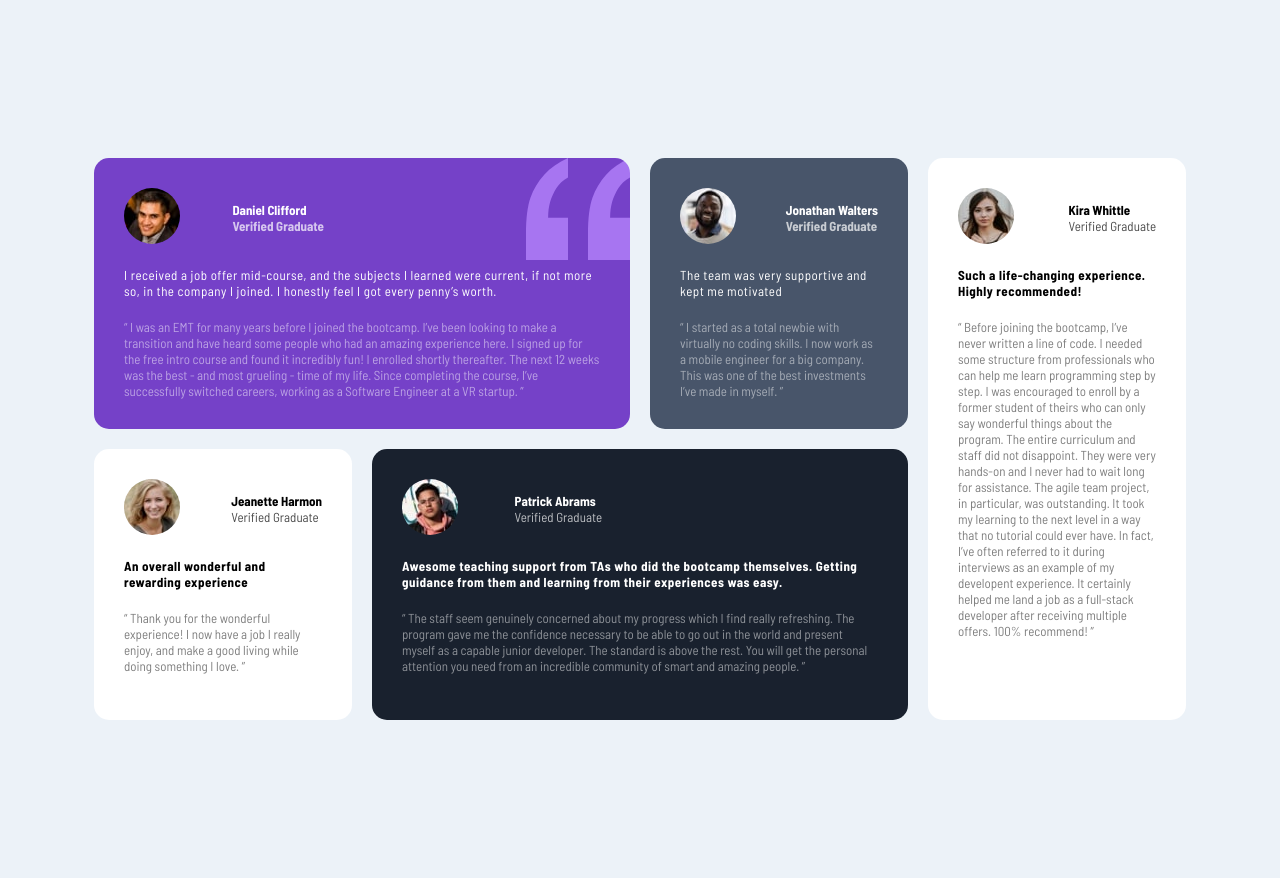
Repository: Toqa-25/testimonials
Page: index.html
These files come from the project's save history. The page is drawn as it stood at one moment and after a run of saves; the edit follows.
The browser window is 1280 px wide. The pictures show the whole page.

Above is the page before, as saved 2021-11-04 13:30:22.

### index.html
<!DOCTYPE html>
<html lang="en">
<head>
    <meta charset="UTF-8">
    <meta http-equiv="X-UA-Compatible" content="IE=edge">
    <meta name="viewport" content="width=device-width, initial-scale=1.0">
    <!-- css files -->
    <link rel="stylesheet" href="css/style.css">
    <link rel="stylesheet" href="css//vendors/all.min.css">
    <!-- fonts style -->
    <link rel="preconnect" href="https://fonts.googleapis.com">
<link rel="preconnect" href="https://fonts.gstatic.com" crossorigin>
<link href="https://fonts.googleapis.com/css2?family=Barlow+Semi+Condensed:wght@100;200;300;400;500;600;700;800;900&family=Montserrat:wght@100;200;300;400;500;600;700;800;900&family=PT+Sans:ital,wght@0,400;0,700;1,700&family=Roboto:wght@100;300;400;500;700;900&display=swap" rel="stylesheet">
    <title>tistimonials design</title>
</head>
<body>
    <div class="container">
        <div class="testi-content">
            <article class="grid-item Daniel">
                <header class="grid-item-name">
                    <div class="item-img">
                        <img src="images/image-daniel.jpg" alt="">
                    </div>
                    <div class="item-name">
                        <h4 class="name">Daniel Clifford</h4>
                        <h4 class="name-info">Verified Graduate</h4>
                    </div>
                </header>
                <div class="art-body">
                    <p class="bold-text"> I received a job offer mid-course, and the subjects I learned were current, if not more so, in the company I joined. I honestly feel I got every penny’s worth.</p>
                    <p class="lite-text">“ I was an EMT for many years before I joined the bootcamp. I’ve been looking to make a
                        transition and have heard some people who had an amazing experience here. I signed up
                        for the free intro course and found it incredibly fun! I enrolled shortly thereafter.
                        The next 12 weeks was the best - and most grueling - time of my life. Since completing
                        the course, I’ve successfully switched careers, working as a Software Engineer at a VR startup. ” </p>
                </div>
            </article>
            <article class="grid-item Jonathan">
                <header class="grid-item-name">
                    <div class="item-img">
                        <img src="images/image-jonathan.jpg" alt="">
                    </div>
                    <div class="item-name">
                        <h4 class="name">Jonathan Walters</h4>
                        <h4 class="name-info">Verified Graduate</h4>
                    </div>
                </header>
                <div class="art-body">
                    <p class="bold-text">The team was very supportive and kept me motivated</p>
                    <p class="lite-text">“ I started as a total newbie with virtually no coding skills. I now work as a mobile engineer
                     for a big company. This was one of the best investments I’ve made in myself. ”
                    </p>
                </div>
            </article>
            <article class="grid-item  Jeanette ">
                <header class="grid-item-name">
                    <div class="item-img">
                        <img src="images/image-jeanette.jpg" alt="">
                    </div>
                    <div class="item-name">
                        <p class="name">  Jeanette Harmon</p>
                        <p class="name-info">Verified Graduate</p>
                    </div>
                </header>
                <div class="art-body">
                    <h4 class="bold-text"> An overall wonderful and rewarding experience</h4>
                    <p class="lite-text">“ Thank you for the wonderful experience! I now have a job I really enjoy, and make a good living
                     while doing something I love. ”</p>
                </div>
            </article>
            <article class="grid-item Patrick">
                <header class="grid-item-name">
                    <div class="item-img">
                        <img src="images/image-patrick.jpg" alt="">
                    </div>
                    <div class="item-name">
                        <p class="name">Patrick Abrams</p>
                        <p class="name-info"> Verified Graduate</p>
                    </div>
                </header>
                <div class="art-body">
                    <h4 class="bold-text"> Awesome teaching support from TAs who did the bootcamp themselves. Getting guidance from them and learning from their experiences was easy.</h4>
                    <p class="lite-text">“ The staff seem genuinely concerned about my progress which I find really refreshing. The program
                        gave me the confidence necessary to be able to go out in the world and present myself as a capable
                        junior developer. The standard is above the rest. You will get the personal attention you need from
                        an incredible community of smart and amazing people. ”
                    </p>
                </div>
            </article>
            <article class="grid-item Kira ">
                <header class="grid-item-name">
                    <div class="item-img">
                        <img src="images/image-kira.jpg" alt="" srcset="">
                    </div>
                    <div class="item-name">
                        <p class="name">Kira Whittle</p>
                        <p class="name-info ">Verified Graduate</p>
                    </div>
                </header>
                <div class="art-body">
                    <h4 class="bold-text"> Such a life-changing experience. Highly recommended!</h4>
                    <p class="lite-text"> “ Before joining the bootcamp, I’ve never written a line of code. I needed some structure from
                    professionals who can help me learn programming step by step. I was encouraged to enroll by a former
                    student of theirs who can only say wonderful things about the program. The entire curriculum and staff
                    did not disappoint. They were very hands-on and I never had to wait long for assistance. The agile team
                    project, in particular, was outstanding. It took my learning to the next level in a way that no tutorial
                    could ever have. In fact, I’ve often referred to it during interviews as an example of my developent
                    experience. It certainly helped me land a job as a full-stack developer after receiving multiple offers.
  100% recommend! ”</p>
                </div>
            </article>

        </div>
    </div>
</body>
</html>

### css/style.css
/*
     public style
  **********************
*/
body{
    Font-size: 13px;
    font-family: 'Barlow Semi Condensed', sans-serif;
   /* font-family: 'Montserrat', sans-serif;
    font-family: 'PT Sans', sans-serif;
    font-family: 'Roboto', sans-serif; */
    /* font-family: 'Barlow Semi' Condensed; */
    background-color: hsl(210, 46%, 95%);
}
*{
    padding:0;
    margin:0;
    box-sizing: border-box;
}
/*
content  style
**********************
*/
.container{
    width: 90%;
    margin: auto;
    padding: 10% 0;
}
.testi-content{
    display: grid;
    grid-template-columns: repeat(8 , 1fr);
    grid-template-rows: repeat(2 , 1fr);
    grid-gap: 20px;
     padding: 30px;
}
.lite-text{
    opacity:.5;
}
.name-info{
    opacity:.7;
}
.grid-item{
    padding: 30px;
    border-radius: 15px;
    -webkit-border-radius: 15px;
    -moz-border-radius: 15px;
    -ms-border-radius: 15px;
    -o-border-radius: 15px;
}
.grid-item-name{
    display: flex;
    justify-content: space-between;
    align-items: center;
    max-width: 200px;

}
.name{
    font-weight: bold;
}
.bold-text{
    margin: 20px 0;
    letter-spacing: .5px;
}
.item-img img{
 border-radius: 50%;
 -webkit-border-radius: 50%;
 -moz-border-radius: 50%;
 -ms-border-radius: 50%;
 -o-border-radius: 50%;
}
.Daniel{
    background-color: hsl(263, 55%, 52%);
    background-image: url(../images/bg-pattern-quotation.svg);
    background-position: right top;
    background-repeat: no-repeat;
    color: hsl(0, 0%, 100%);
    grid-column: 1 /5;
    grid-row: 1/2;
}


.Jonathan{
    background-color: hsl(0, 0%, 81%);
    background-color: hsl(217, 19%, 35%);
     grid-column: 5/7;
    grid-row: 1/2;
    color: hsl(0, 0%, 100%);
}

.Kira{
    background-color: hsl(0, 0%, 100%);
    grid-column: 7 /9;
    grid-row: 1/3;
}
.Patrick{
    background-color: hsl(219, 29%, 14%);
    color: hsl(0, 0%, 100%);
    grid-column: 3 /7;
    grid-row: 2/3;
}
.Jeanette {
background-color: hsl(0, 0%, 100%);
    grid-column: 1 /3;
    grid-row: 2/3;
}
/*  media quary style */
@media (max-width:575px){
    .testi-content{
    display: grid;
    grid-template-columns: 1fr;
    grid-template-rows: repeat(8 , auto);
    grid-gap: 10px;
     padding: 40px;
}
.grid-item{
grid-column: 1/2;
}
.Daniel{
    grid-row: 1/3;
}
.Jonathan{
    grid-row: 3/4;
}
.Kira{
    grid-row: 4/5;
}
    .Patrick{
        grid-row: 5/7;
    }

.Jeanette{
    grid-row: 7/9;

}
}







/*           media quary style
    ***************************************
        //extra small devices @media (maxwidth:575px)
        //small devices @media (maxwidth:767px)
        //medium devices @media (maxwidth:991px)
        //large devices @media (maxwidth:1199px)
*/

Loaded but not shown: css/vendors/all.min.css (library)

After the next 2 saves:
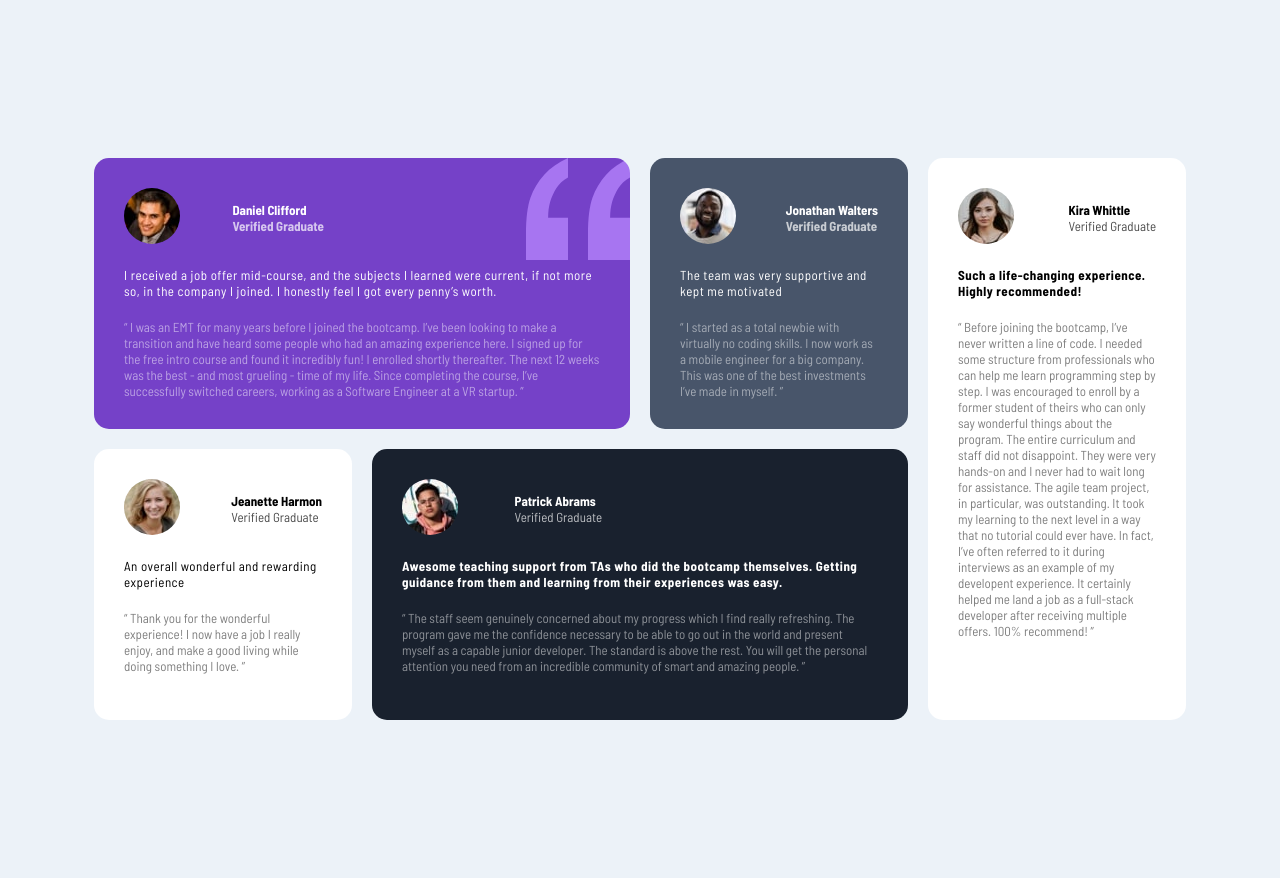
The 2 saves are shown as one change because they came seconds apart.
The last was saved 16 s later.
--- a/index.html
+++ b/index.html
@@ -63,7 +63,7 @@
                     </div>
                 </header>
                 <div class="art-body">
-                    <h4 class="bold-text"> An overall wonderful and rewarding experience</h4>
+                    <p class="bold-text"> An overall wonderful and rewarding experience</h4>
                     <p class="lite-text">“ Thank you for the wonderful experience! I now have a job I really enjoy, and make a good living
                      while doing something I love. ”</p>
                 </div>
